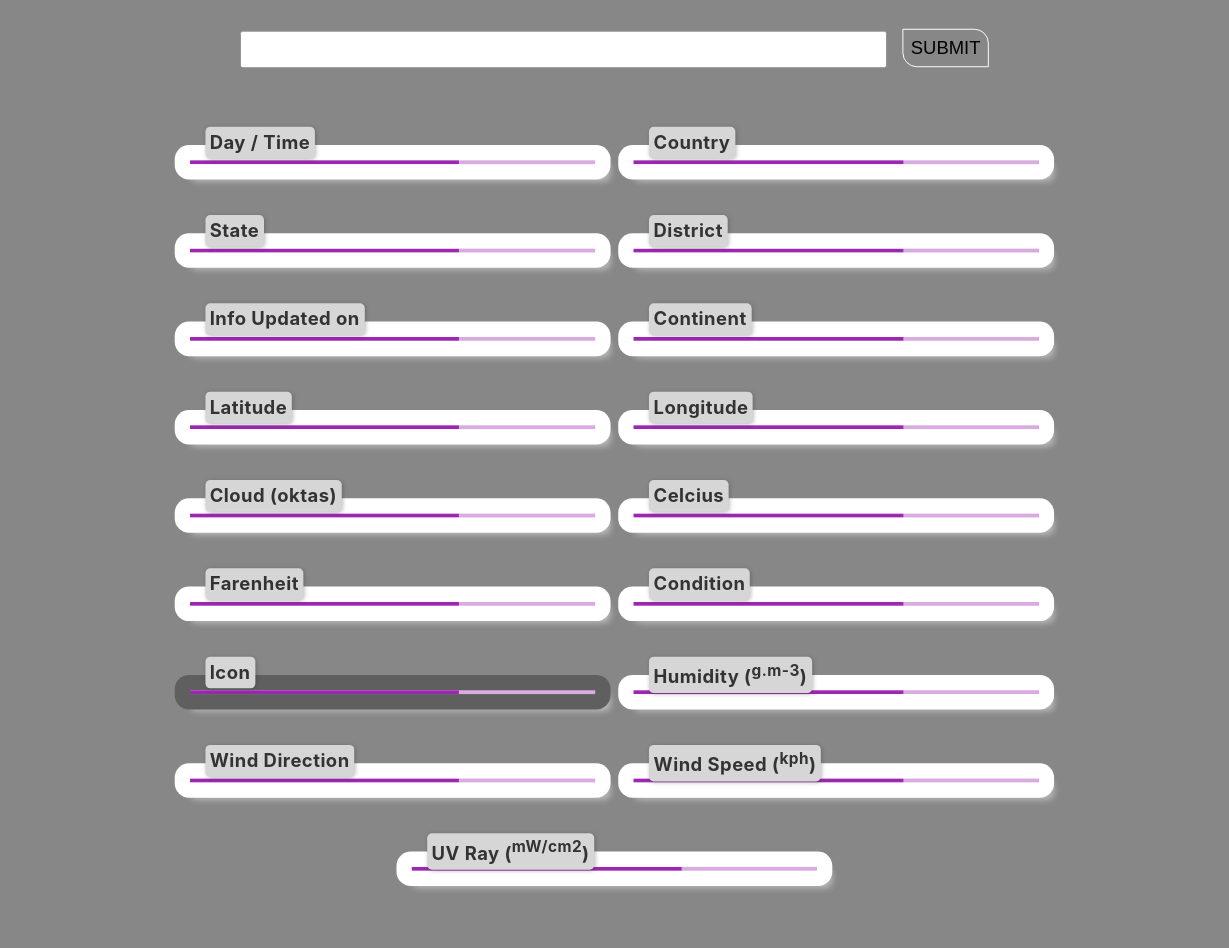
Repository: Imprasna/practising-API
Page: /
The author's editor kept a copy of each file at every save. The page is drawn from the files as they stood at one save, then again after a run of saves.
The browser window is 1280 px wide. The pictures show the whole page, at 96% of full size.
The project was rebuilt for these pictures with package versions that can differ from the ones it lists, and the page was loaded fresh each time. Also part of the build but not shown: src/component/Country.js, src/component/Region.js, src/component/Time.js, src/component/Continent.js, src/component/District.js, src/component/Cloud.js, src/component/UpdatedWeather.js, src/component/Celcius.js and 9 more.

Above is the page before, as saved 2021-11-12 00:25:44.

### src/App.js
import './App.css';
import Get from './Get'

function App() {
  return (
    <div className="App">
      <Get />
    </div>
  );
}

export default App;

### src/Get.js
import React, { useState } from "react";
import axios from "axios";
// import moment from 'moment';
import Country from "./component/Country";
import Region from "./component/Region";
import Time from "./component/Time";
import Continent from "./component/Continent";
import District from "./component/District";
import Cloud from "./component/Cloud";
import UpdatedWeather from "./component/UpdatedWeather";
import Celcius from "./component/Celcius";
import Farenheit from "./component/Farenheit";
import Latitude from "./component/Latitude";
import Longitude from "./component/Longitude";
import Condition from "./component/Condition";
import Icon from "./component/Icon";
import Humidity from "./component/Humidity";
import WindDirection from "./component/WindDirection";
import WindSpeed from "./component/WindSpeed";
import Uv from "./component/Uv";
import "./component/style.css";
// import CircularProgress from '@mui/material/CircularProgress';
import LinearProgress from '@mui/material/LinearProgress';



const Get = () => {
	const [getPost, setGetPost] = useState([]);
	const [loading, setLoading] = useState(false);
	const [values, setValues] = useState({ cities: "" });

	React.useEffect =
		(() => {
			getData();

			const CName = () => {
				setGetPost(getPost);
			};
			CName();
		},
		[]);

		const getData = async () =>
		{
			const city = values.cities;
			try {
				const res = await axios.get(
					`http://api.weatherapi.com/v1/current.json?key=b572a200fc624a6a85671436211310&q=${city}&aqi=yes`
					);
				setTimeout(function ()
				{
					// console.log(res.data.current);
					// console.log(res.data.location);
					// setGetPost(res.data);
					(setGetPost(res.data))
					setLoading(true);
				}, 3000);

			console.log(getPost);
			// console.log(res.data.current);
			// setGetPost({res});
		} catch (err) {
			console.log(err);
		}
	};
	console.log(getPost);

	const onChangeHandler = (e) => {
		const name = e.target.name;
		const value = e.target.value;

		// here values is the state name
		let inputValues = values;
		inputValues[name] = value;
		setValues({ ...inputValues });
		setLoading(false);
	};

	return (
		<>
			<input
				className="search-box"
				type="text"
				value={values.cities}
				name="cities"
				onChange={(e) => onChangeHandler(e)}
			/>
			<button className="button" onClick={getData}>
				Submit
			</button>

			<div className="whole">

				<div className="time">
					{loading ? (<Time CName={getPost} />) : (<LinearProgress  color="secondary"  />) }
					<h1>Day / Time</h1>
				</div>

				<div className="Country">
					{loading ? (<Country CName={getPost} />) : (<LinearProgress  color="secondary"  />)}
					<h1>Country</h1>
				</div>

				<div className="region">
					{loading ? (<Region CName={getPost} />) : (<LinearProgress  color="secondary"  />) }
					<h1>State</h1>
				</div>

				<div className="district">
					{loading ? (<District CName={getPost} />) : (<LinearProgress  color="secondary"  />) }
					<h1>District</h1>
				</div>

				<div className="upt">
					{loading ? (<UpdatedWeather CName={getPost} />) : (<LinearProgress  color="secondary"  />) }
					<h1>Info Updated on</h1>
				</div>


				<div className="continent">
				{loading ? (<Continent CName={getPost} />) : (<LinearProgress  color="secondary"  />) }
					<h1>Continent</h1>

				</div>



				<div className="lat">
				{loading ? (<Latitude CName={getPost} />) : (<LinearProgress  color="secondary"  />) }
					<h1>Latitude</h1>

				</div>

				<div className="lon">
				{loading ? (<Longitude CName={getPost} />) : (<LinearProgress  color="secondary"  />) }
					<h1>Longitude</h1>

				</div>

				<div className="cloud">
				{loading ? (<Cloud CName={getPost} />) : (<LinearProgress  color="secondary"  />) }
					<h1>Cloud (oktas)</h1>

				</div>



				<div className="cel">
				{loading ? (<Celcius CName={getPost} />) : (<LinearProgress  color="secondary"  />) }
					<h1>Celcius</h1>

				</div>

				<div className="far">
				{loading ? (<Farenheit CName={getPost} />) : (<LinearProgress  color="secondary"  />) }
					<h1>Farenheit</h1>

				</div>

				<div className="cond">
				{loading ? (<Condition CName={getPost} />) : (<LinearProgress  color="secondary"  />) }
					<h1>Condition</h1>

				</div>

				<div className="icon">
				{loading ? (<Icon CName={getPost} />) : (<LinearProgress  color="secondary"  />) }
					<h1>Icon</h1>

				</div>

				<div className="hum">
				{loading ? (<Humidity CName={getPost} />) : (<LinearProgress  color="secondary"  />) }
					<h1>
						Humidity (<sup>g.m-3</sup>)
					</h1>

				</div>


				<div className="wd">
				{loading ? (<WindDirection CName={getPost} />) : (<LinearProgress  color="secondary"  />) }
					<h1>Wind Direction</h1>

				</div>

				<div className="ws">
				{loading ? (<WindSpeed CName={getPost} />) : (<LinearProgress  color="secondary"  />) }
					<h1>
						Wind Speed (<sup>kph</sup>)
					</h1>

				</div>

				<div className="uv">
				{loading ? (<Uv CName={getPost} />) : (<LinearProgress  color="secondary"  />) }
					<h1>
						UV Ray (<sup>mW/cm2</sup>)
					</h1>

				</div>
			</div>
		</>
	);
};

export default Get;

### src/component/style.css
body {
    background: #878787;
}

.whole {
    width: 100%;
    height: 100%;
    display: flex;
    justify-content: center;
    align-items: center;
    flex-wrap: wrap;
    gap: .5rem;
    margin-bottom: 4rem;
}

.search-box {
    width: 50%;
    padding: .5rem 1rem;
    border-radius: 3px;
    border: 1px solid #929292;
    outline: none;
    font-size: 1rem;
    line-height: 1.3em;
    margin: 0 auto;
    margin-bottom: 2rem;
    margin-top: 2rem;
    margin-right: 1rem;
    text-transform: uppercase;
}

.button {
    padding: .5rem;
    outline: none;
    border: 1px solid #fff;
    border-top-right-radius: 15px;
    border-bottom-left-radius: 15px;
    cursor: pointer;
    font-size: 1.2rem;
    text-transform: uppercase;
    background: transparent;
    transition: .3s;
}

.button:hover {
    background-color: #0faa74;
}

.Country {
    width: 33%;
    color: #000;
    padding: 1rem;
    border-radius: 15px;
    background-color: #fff;
    box-shadow: 8px 10px 7px -8px rgba(204,204,204,0.75);
    position: relative;
    font-size: 1.1rem;
    font-weight: 600;
    letter-spacing: .5px;
    margin-top: 3rem;
}

.Country > h1 {
    position: absolute;
    top: -2rem;
    left: 2rem;
    padding: .3rem;
    background-color: #d6d6d6;
    border-radius: 5px;
    font-size: 1.2rem;
    filter: drop-shadow(1px 1px 2px rgba(44, 44, 44, 0.342));
    color: #333;
}

.region {
    width: 33%;
    color: #000;
    padding: 1rem;
    border-radius: 15px;
    background-color: #fff;
    box-shadow: 8px 10px 7px -8px rgba(204,204,204,0.75);
    position: relative;
    font-size: 1.1rem;
    font-weight: 600;
    letter-spacing: .5px;
    margin-top: 3rem;
}

.region > h1 {
    position: absolute;
    top: -2rem;
    left: 2rem;
    padding: .3rem;
    background-color: #d6d6d6;
    border-radius: 5px;
    font-size: 1.2rem;
    filter: drop-shadow(1px 1px 2px rgba(44, 44, 44, 0.342));
    color: #333;
}

.time {
    width: 33%;
    color: #000;
    padding: 1rem;
    border-radius: 15px;
    background-color: #fff;
    box-shadow: 8px 10px 7px -8px rgba(204,204,204,0.75);
    position: relative;
    font-size: 1.1rem;
    font-weight: 600;
    letter-spacing: .5px;
    margin-top: 3rem;
}

.time > h1 {
    position: absolute;
    top: -2rem;
    left: 2rem;
    padding: .3rem;
    background-color: #d6d6d6;
    border-radius: 5px;
    font-size: 1.2rem;
    filter: drop-shadow(1px 1px 2px rgba(44, 44, 44, 0.342));
    color: #333;
}

.continent {
    width: 33%;
    color: #000;
    padding: 1rem;
    border-radius: 15px;
    background-color: #fff;
    box-shadow: 8px 10px 7px -8px rgba(204,204,204,0.75);
    position: relative;
    font-size: 1.1rem;
    font-weight: 600;
    letter-spacing: .5px;
    margin-top: 3rem;
}

.continent > h1 {
    position: absolute;
    top: -2rem;
    left: 2rem;
    padding: .3rem;
    background-color: #d6d6d6;
    border-radius: 5px;
    font-size: 1.2rem;
    filter: drop-shadow(1px 1px 2px rgba(44, 44, 44, 0.342));
    color: #333;
}

.district {
    width: 33%;
    color: #000;
    padding: 1rem;
    border-radius: 15px;
    background-color: #fff;
    box-shadow: 8px 10px 7px -8px rgba(204,204,204,0.75);
    position: relative;
    font-size: 1.1rem;
    font-weight: 600;
    letter-spacing: .5px;
    margin-top: 3rem;
}

.district > h1 {
    position: absolute;
    top: -2rem;
    left: 2rem;
    padding: .3rem;
    background-color: #d6d6d6;
    border-radius: 5px;
    font-size: 1.2rem;
    filter: drop-shadow(1px 1px 2px rgba(44, 44, 44, 0.342));
    color: #333;
}

.lat {
    width: 33%;
    color: #000;
    padding: 1rem;
    border-radius: 15px;
    background-color: #fff;
    box-shadow: 8px 10px 7px -8px rgba(204,204,204,0.75);
    position: relative;
    font-size: 1.1rem;
    font-weight: 600;
    letter-spacing: .5px;
    margin-top: 3rem;
}

.lat > h1 {
    position: absolute;
    top: -2rem;
    left: 2rem;
    padding: .3rem;
    background-color: #d6d6d6;
    border-radius: 5px;
    font-size: 1.2rem;
    filter: drop-shadow(1px 1px 2px rgba(44, 44, 44, 0.342));
    color: #333;
}

.lon {
    width: 33%;
    color: #000;
    padding: 1rem;
    border-radius: 15px;
    background-color: #fff;
    box-shadow: 8px 10px 7px -8px rgba(204,204,204,0.75);
    position: relative;
    font-size: 1.1rem;
    font-weight: 600;
    letter-spacing: .5px;
    margin-top: 3rem;
}

.lon > h1 {
    position: absolute;
    top: -2rem;
    left: 2rem;
    padding: .3rem;
    background-color: #d6d6d6;
    border-radius: 5px;
    font-size: 1.2rem;
    filter: drop-shadow(1px 1px 2px rgba(44, 44, 44, 0.342));
    color: #333;
}

.cloud {
    width: 33%;
    color: #000;
    padding: 1rem;
    border-radius: 15px;
    background-color: #fff;
    box-shadow: 8px 10px 7px -8px rgba(204,204,204,0.75);
    position: relative;
    font-size: 1.1rem;
    font-weight: 600;
    letter-spacing: .5px;
    margin-top: 3rem;
}

.cloud > h1 {
    position: absolute;
    top: -2rem;
    left: 2rem;
    padding: .3rem;
    background-color: #d6d6d6;
    border-radius: 5px;
    font-size: 1.2rem;
    filter: drop-shadow(1px 1px 2px rgba(44, 44, 44, 0.342));
    color: #333;
}

.upt {
    width: 33%;
    color: #000;
    padding: 1rem;
    border-radius: 15px;
    background-color: #fff;
    box-shadow: 8px 10px 7px -8px rgba(204,204,204,0.75);
    position: relative;
    font-size: 1.1rem;
    font-weight: 600;
    letter-spacing: .5px;
    margin-top: 3rem;
}

.upt > h1 {
    position: absolute;
    top: -2rem;
    left: 2rem;
    padding: .3rem;
    background-color: #d6d6d6;
    border-radius: 5px;
    font-size: 1.2rem;
    filter: drop-shadow(1px 1px 2px rgba(44, 44, 44, 0.342));
    color: #333;
}

.cel {
    width: 33%;
    color: #000;
    padding: 1rem;
    border-radius: 15px;
    background-color: #fff;
    box-shadow: 8px 10px 7px -8px rgba(204,204,204,0.75);
    position: relative;
    font-size: 1.1rem;
    font-weight: 600;
    letter-spacing: .5px;
    margin-top: 3rem;
}

.cel > h1 {
    position: absolute;
    top: -2rem;
    left: 2rem;
    padding: .3rem;
    background-color: #d6d6d6;
    border-radius: 5px;
    font-size: 1.2rem;
    filter: drop-shadow(1px 1px 2px rgba(44, 44, 44, 0.342));
    color: #333;
}

.far {
    width: 33%;
    color: #000;
    padding: 1rem;
    border-radius: 15px;
    background-color: #fff;
    box-shadow: 8px 10px 7px -8px rgba(204,204,204,0.75);
    position: relative;
    font-size: 1.1rem;
    font-weight: 600;
    letter-spacing: .5px;
    margin-top: 3rem;
}

.far > h1 {
    position: absolute;
    top: -2rem;
    left: 2rem;
    padding: .3rem;
    background-color: #d6d6d6;
    border-radius: 5px;
    font-size: 1.2rem;
    filter: drop-shadow(1px 1px 2px rgba(44, 44, 44, 0.342));
    color: #333;
}

.cond {
    width: 33%;
    color: #000;
    padding: 1rem;
    border-radius: 15px;
    background-color: #fff;
    box-shadow: 8px 10px 7px -8px rgba(204,204,204,0.75);
    position: relative;
    font-size: 1.1rem;
    font-weight: 600;
    letter-spacing: .5px;
    margin-top: 3rem;
}

.cond > h1 {
    position: absolute;
    top: -2rem;
    left: 2rem;
    padding: .3rem;
    background-color: #d6d6d6;
    border-radius: 5px;
    font-size: 1.2rem;
    filter: drop-shadow(1px 1px 2px rgba(44, 44, 44, 0.342));
    color: #333;
}


.icon {
    width: 33%;
    color: #000;
    padding: 1rem;
    border-radius: 15px;
    background-color: #5f5f5f;
    box-shadow: 8px 10px 7px -8px rgba(204,204,204,0.75);
    position: relative;
    font-size: 1.1rem;
    font-weight: 600;
    letter-spacing: .5px;
    margin-top: 3rem;
}

.icon > h1 {
    position: absolute;
    top: -2rem;
    left: 2rem;
    padding: .3rem;
    background-color: #d6d6d6;
    border-radius: 5px;
    font-size: 1.2rem;
    filter: drop-shadow(1px 1px 2px rgba(44, 44, 44, 0.342));
    color: #333;
}

.hum {
    width: 33%;
    color: #000;
    padding: 1rem;
    border-radius: 15px;
    background-color: #fff;
    box-shadow: 8px 10px 7px -8px rgba(204,204,204,0.75);
    position: relative;
    font-size: 1.1rem;
    font-weight: 600;
    letter-spacing: .5px;
    margin-top: 3rem;
}

.hum > h1 {
    position: absolute;
    top: -2rem;
    left: 2rem;
    padding: .3rem;
    background-color: #d6d6d6;
    border-radius: 5px;
    font-size: 1.2rem;
    filter: drop-shadow(1px 1px 2px rgba(44, 44, 44, 0.342));
    color: #333;
}

.wd {
    width: 33%;
    color: #000;
    padding: 1rem;
    border-radius: 15px;
    background-color: #fff;
    box-shadow: 8px 10px 7px -8px rgba(204,204,204,0.75);
    position: relative;
    font-size: 1.1rem;
    font-weight: 600;
    letter-spacing: .5px;
    margin-top: 3rem;
}

.wd > h1 {
    position: absolute;
    top: -2rem;
    left: 2rem;
    padding: .3rem;
    background-color: #d6d6d6;
    border-radius: 5px;
    font-size: 1.2rem;
    filter: drop-shadow(1px 1px 2px rgba(44, 44, 44, 0.342));
    color: #333;
}

.ws {
    width: 33%;
    color: #000;
    padding: 1rem;
    border-radius: 15px;
    background-color: #fff;
    box-shadow: 8px 10px 7px -8px rgba(204,204,204,0.75);
    position: relative;
    font-size: 1.1rem;
    font-weight: 600;
    letter-spacing: .5px;
    margin-top: 3rem;
}

.ws > h1 {
    position: absolute;
    top: -2rem;
    left: 2rem;
    padding: .3rem;
    background-color: #d6d6d6;
    border-radius: 5px;
    font-size: 1.2rem;
    filter: drop-shadow(1px 1px 2px rgba(44, 44, 44, 0.342));
    color: #333;
}

.uv {
    width: 33%;
    color: #000;
    padding: 1rem;
    border-radius: 15px;
    background-color: #fff;
    box-shadow: 8px 10px 7px -8px rgba(204,204,204,0.75);
    position: relative;
    font-size: 1.1rem;
    font-weight: 600;
    letter-spacing: .5px;
    margin-top: 3rem;
}

.uv > h1 {
    position: absolute;
    top: -2rem;
    left: 2rem;
    padding: .3rem;
    background-color: #d6d6d6;
    border-radius: 5px;
    font-size: 1.2rem;
    filter: drop-shadow(1px 1px 2px rgba(44, 44, 44, 0.342));
    color: #333;
}

Loaded but not shown: public/index.html (common file); src/index.js (common file); src/index.css (common file); src/App.css (common file)

After the next 2 saves:
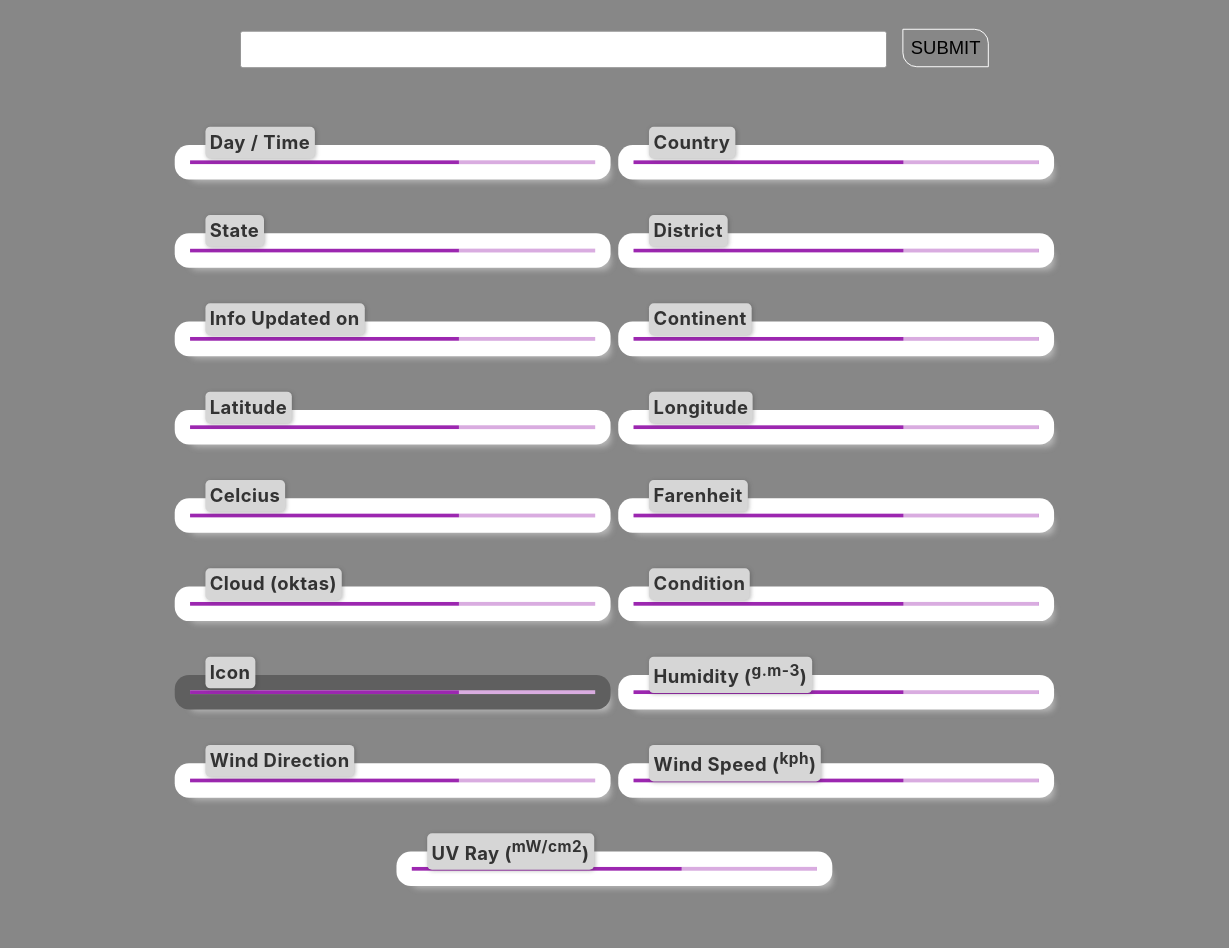
The 2 saves are shown as one change because they came seconds apart.
The last was saved 36 s later.
--- a/src/Get.js
+++ b/src/Get.js
@@ -137,23 +137,25 @@ const Get = () => {
 
 				</div>
 
+
+
+
+
+				<div className="cel">
+				{loading ? (<Celcius CName={getPost} />) : (<LinearProgress  color="secondary"  />) }
+					<h1>Celcius</h1>
+
+				</div>
+
+				<div className="far">
+				{loading ? (<Farenheit CName={getPost} />) : (<LinearProgress  color="secondary"  />) }
+					<h1>Farenheit</h1>
+
+				</div>
+
 				<div className="cloud">
 				{loading ? (<Cloud CName={getPost} />) : (<LinearProgress  color="secondary"  />) }
 					<h1>Cloud (oktas)</h1>
-
-				</div>
-
-
-
-				<div className="cel">
-				{loading ? (<Celcius CName={getPost} />) : (<LinearProgress  color="secondary"  />) }
-					<h1>Celcius</h1>
-
-				</div>
-
-				<div className="far">
-				{loading ? (<Farenheit CName={getPost} />) : (<LinearProgress  color="secondary"  />) }
-					<h1>Farenheit</h1>
 
 				</div>
 
